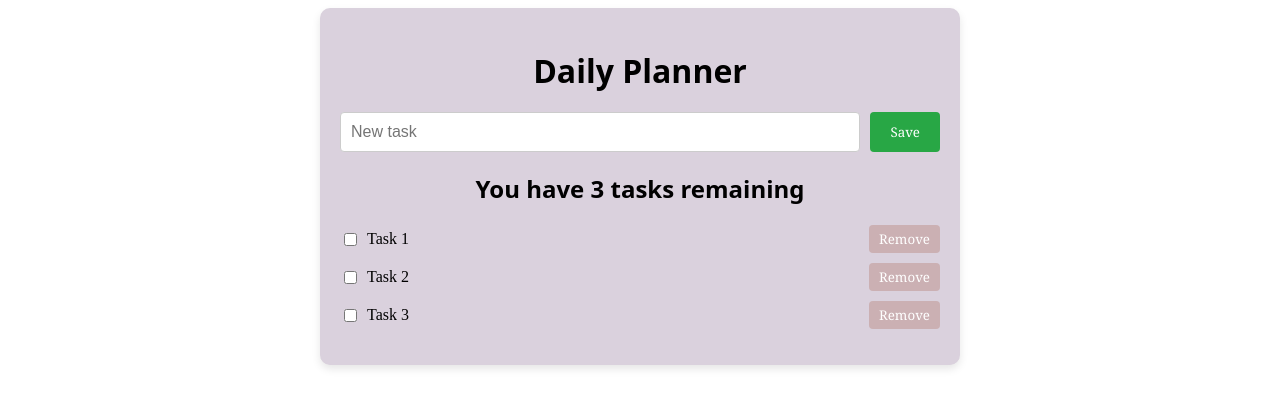
Repository: k8ANStar/lab04-daily-planner
Page: /
These files come from the project's save history. The page is drawn as it stood at one moment and after the next save; the edit follows.
The browser window is 1280 px wide. The pictures show the whole page.
The project was rebuilt for these pictures with package versions that can differ from the ones it lists, and the page was loaded fresh each time. Also part of the build but not shown: vite.config.js.

Above is the page before, as saved 2024-10-13 12:40:51.

After the next save:
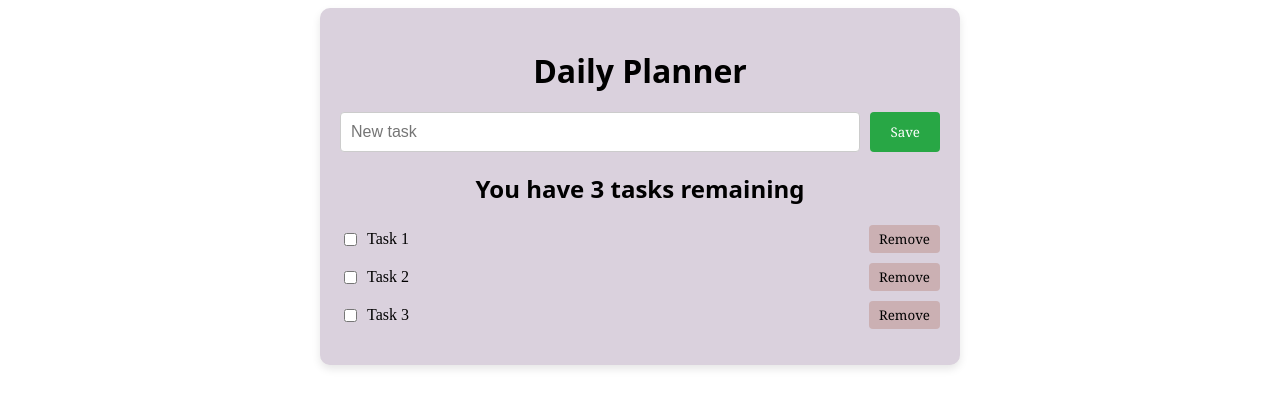
Saved 8 s later.
--- a/src/App.css
+++ b/src/App.css
@@ -72,7 +72,7 @@ h2 {
 .remove-btn {
 	padding: 5px 10px;
 	background-color: #cbb0b3;
-	color: white;
+	color: rgb(0, 0, 0);
 	border: none;
 	border-radius: 4px;
 	cursor: pointer;
